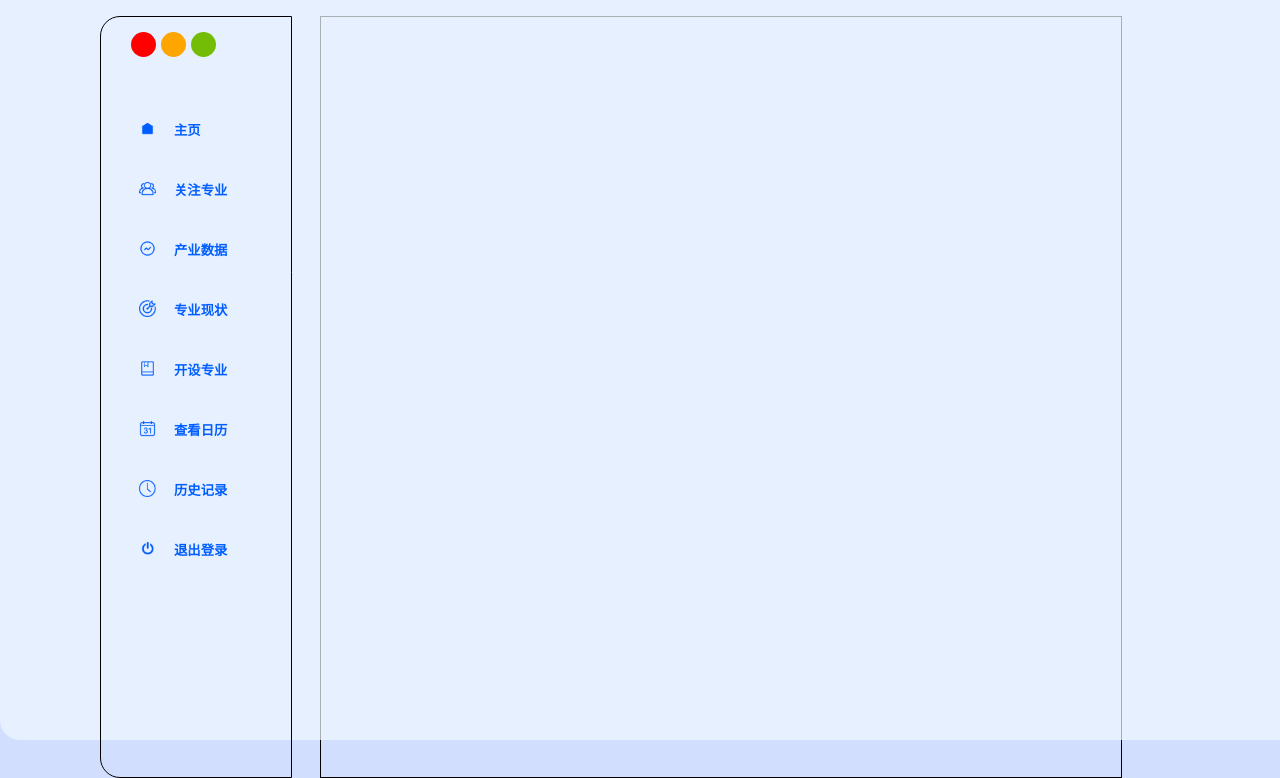
Repository: akaCSDN/test
Page: 2.1主页.html
These files come from the project's save history. The page is drawn as it stood at one moment and after the next save; the edit follows.
The browser window is 1280 px wide. The pictures show the whole page.

Above is the page before, as saved 2022-12-03 22:06:46.

After the next save:
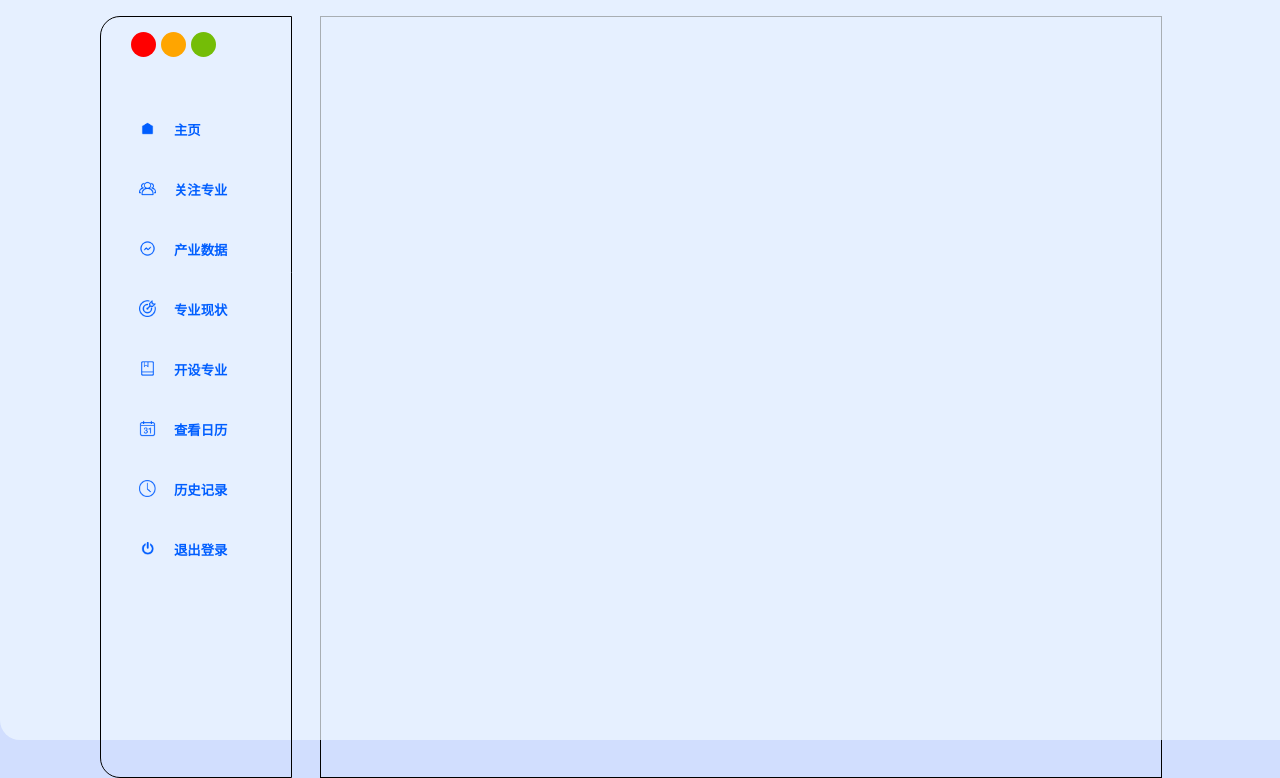
Saved 11 s later.
--- a/2.1主页.html
+++ b/2.1主页.html
@@ -96,7 +96,7 @@
             margin-left: 25px;
         }
         .right{
-            width: 800px;
+            width: 840px;
             height: 760px;
             border: 1px solid black;
             margin-left: 320px;
